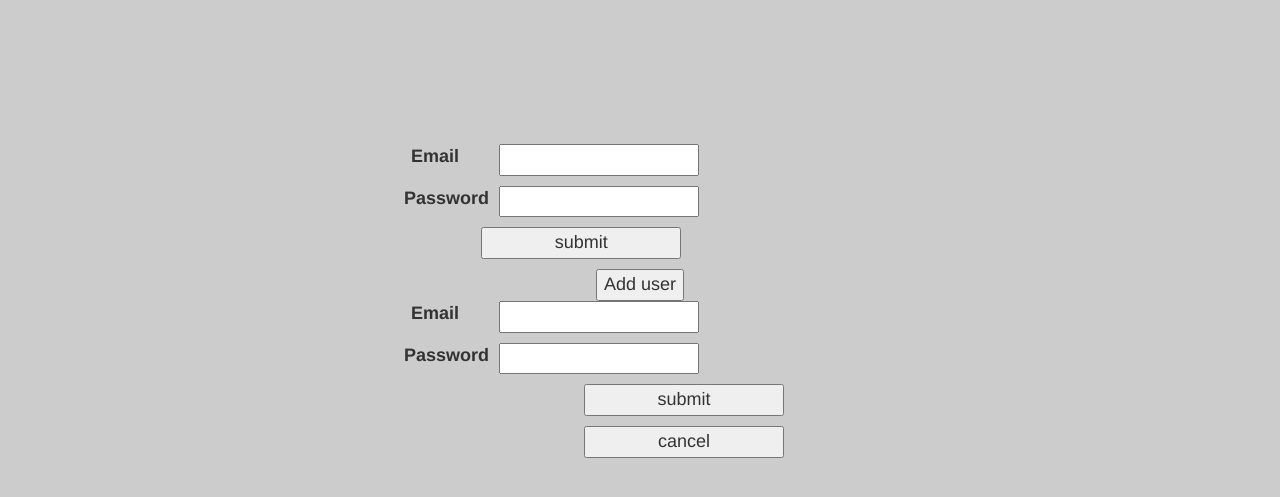
Repository: marijabroceta/ProjekatIB
Page: IB_Project_Shell/src/main/resources/static/index.html
These files come from the project's save history. The page is drawn as it stood at one moment and after the next save; the edit follows.
The browser window is 1280 px wide. The pictures show the whole page.

Above is the page before, as saved 2018-07-01 00:26:03.

### IB_Project_Shell/src/main/resources/static/index.html
<!DOCTYPE html>
<html>

<head>
<!--  <script type="text/javascript" src="js/main.js"></script>
<script src="https://ajax.googleapis.com/ajax/libs/jquery/3.3.1/jquery.min.js"></script>-->
<title>Login</title>
	<script src="js/jquery-2.1.4.min.js"></script>
	<link rel="stylesheet" type="text/css" href="bootstrap/css/bootstrap.min.css"/>
    <script src="bootstrap/js/bootstrap.min.js"></script>
    <link rel="stylesheet" type="text/css" href="css/login.css">
    <script src="js/login.js" type="text/javascript"></script>
</head>
<body>
	<!--  <a href="./user_content/cat.jpg" download>Download link for static
		files</a>
	<button type="button"  onclick="download()">Download link for
		target/files files</button>-->
	<div id="forms">
		<div id="login_form">
		    <form name="login" method="post" id="login">
		       	<label for="email">Email</label>
		 		<input type="text" id="email" name="email"><br>
		 		<label for="password">Password</label>
		 		<input type="password" id="password" name="password"><br>
		 		<input type="submit" name="submit" id="submit" value="submit" class="button" /><br/>
		    </form>
		 </div>
		 <button id="add_user">Add user</button>
	    <div id="add_form">
				<form name="add_user_form" method="post" id="add_user_form">
			       	<label id="email_lbl" for="email">Email</label>
			 		<input type="text" id="email_txt" name="email"><br>
			 		<label id="pass_lbl" for="password">Password</label>
			 		<input type="password" id="password_txt" name="password"><br>
			 		<input type="submit" name="submit" id="submit_add" value="submit" class="button" /><br>
			 		<input type="button" name="cancel" id="cancel_add" value="cancel" class="button" />
		    	</form>
			</div>
	</div>
</body>

</html>

### IB_Project_Shell/src/main/resources/static/css/login.css
#forms{
	position: absolute;
    top: 20%;
    left: 30%;
    right: 30%;
    bottom: 20%;
    font-size: 18px;
}



body {
    text-align: center;
    background: #ccc;
}
/*form {
    display: inline-block;
}*/

label,input {
 display: block;
 width: 200px;
 float: left;
 margin-left: 20px;
 margin-bottom: 10px;
}

label {
 text-align: right;
 width: 75px;
 padding-right: 20px;
}



br {
 clear: left;
}

#submit{
	margin-left: 19%;

}

#submit_add,#cancel_add{
	margin-left: 200px;
}

### IB_Project_Shell/src/main/resources/static/js/login.js
$(document).ready(function(){

	var submit = $('#submit');

	submit.on('click',function(e) {
		login();

		e.preventDefault();
		return false;
	})

});

function login(){
	var email = $('#email').val().trim();
	var password = $('#password').val().trim();
	var token = '';

	var data = {
		'username':email,
		'password':password
	}
	console.log(data);

	$.ajax({
		type: 'POST',
        contentType: 'application/json',
        url: 'https://localhost:8443/api/auth/login',
        data: JSON.stringify(data),
        dataType: 'json',
        crossDomain: true,
		cache: false,
		processData: false,
		success:function(response){
			var token = response.access_token;
			console.log(token);
			console.log(response);

			localStorage.setItem("token",token);
			window.location.href = "main_page.html";
		},
		error: function (jqXHR, textStatus, errorThrown) {
			alert(textStatus);
		}
	});
}

Loaded but not shown: IB_Project_Shell/src/main/resources/static/js/jquery-2.1.4.min.js (library); IB_Project_Shell/src/main/resources/static/bootstrap/css/bootstrap.min.css (library); IB_Project_Shell/src/main/resources/static/bootstrap/js/bootstrap.min.js (library)

After the next save:
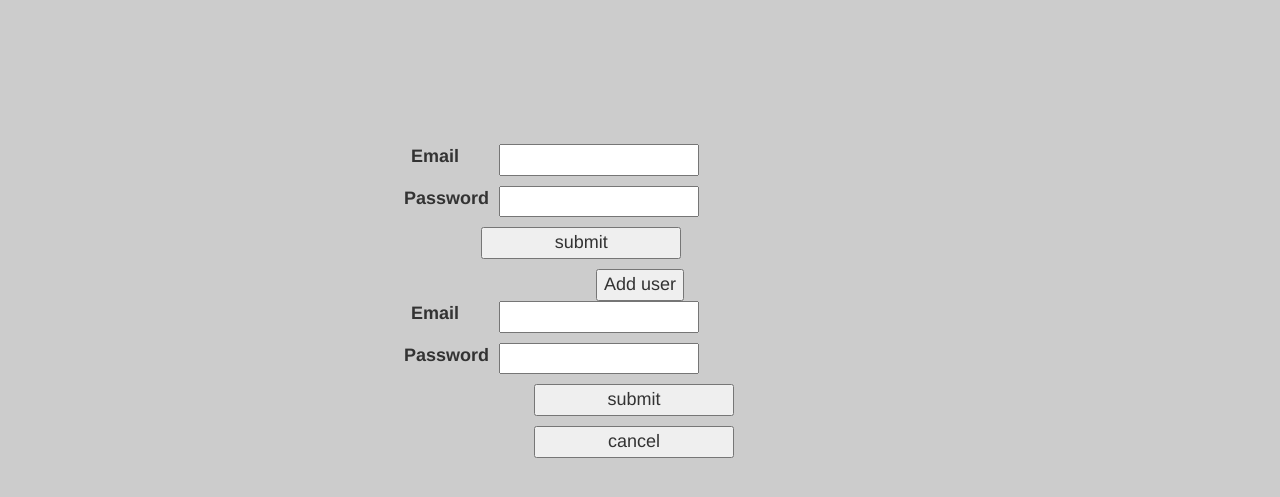
Saved 15 s later.
--- a/IB_Project_Shell/src/main/resources/static/css/login.css
+++ b/IB_Project_Shell/src/main/resources/static/css/login.css
@@ -43,5 +43,5 @@ br {
 }
 
 #submit_add,#cancel_add{
-	margin-left: 200px;
+	margin-left: 150px;
 }
